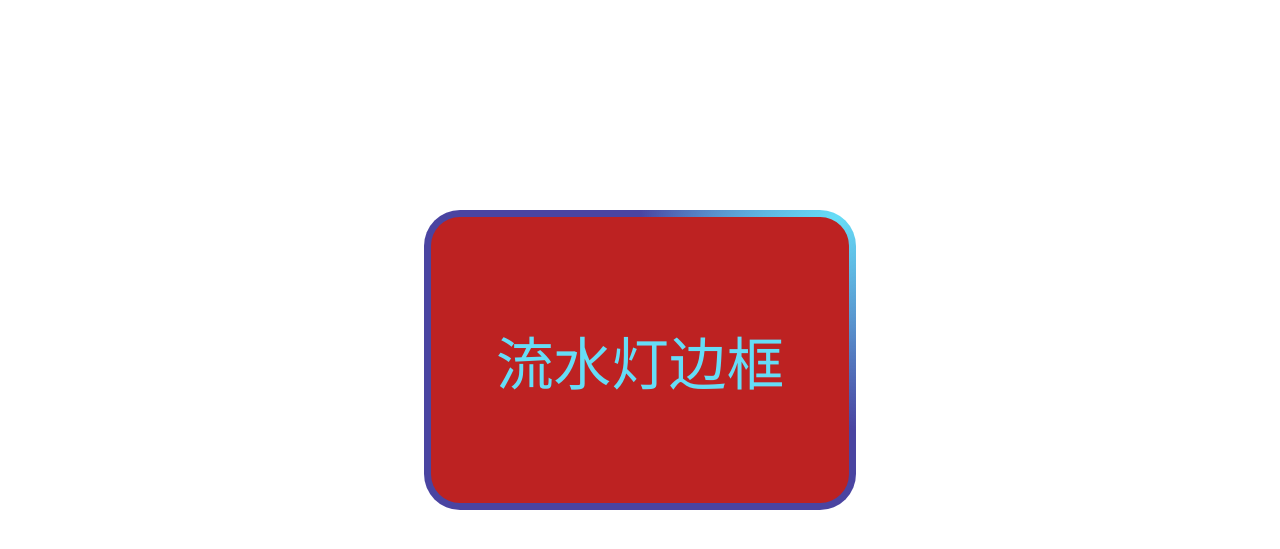
Repository: chjyume/zhongyi
Page: test2.html
An editor plug-in stored every save of this project. The page is shown before and after the next save, followed by the edit.
The browser window is 1280 px wide. The pictures show the whole page.

Above is the page before, as saved 2023-06-29 10:39:09.

After the next save:
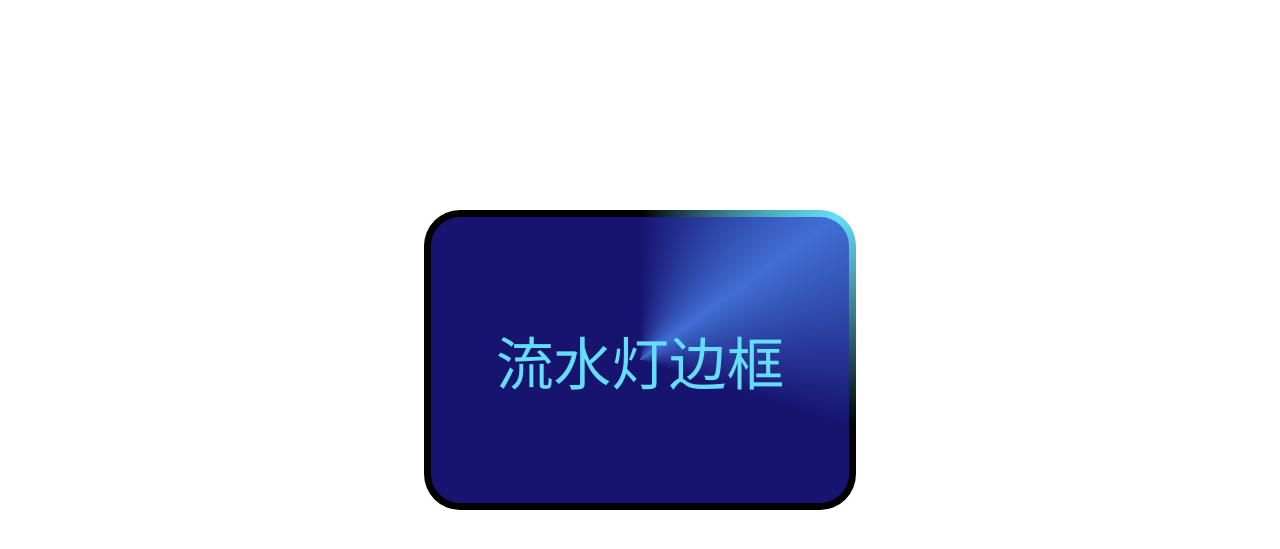
Saved 37 s later.
--- a/test2.html
+++ b/test2.html
@@ -48,7 +48,7 @@
     width: 200%;
     height: 200%;
     /* 基础背景颜色 */
-    background-color: #140c85c4;
+    background-color: #000000;
     /* conic-gradient 围绕中心点旋转的渐变 */
     background-image: conic-gradient(transparent, #66ddf7, transparent 30%);
 
@@ -72,7 +72,7 @@
 
     /* 往内撑开盒子宽高，正好小一圈当做边框 */
     inset: 1vmin;
-    background: #bd2222;
+    background: #2722bd97;
     border-radius: 4vmin;
 
     position: absolute;
